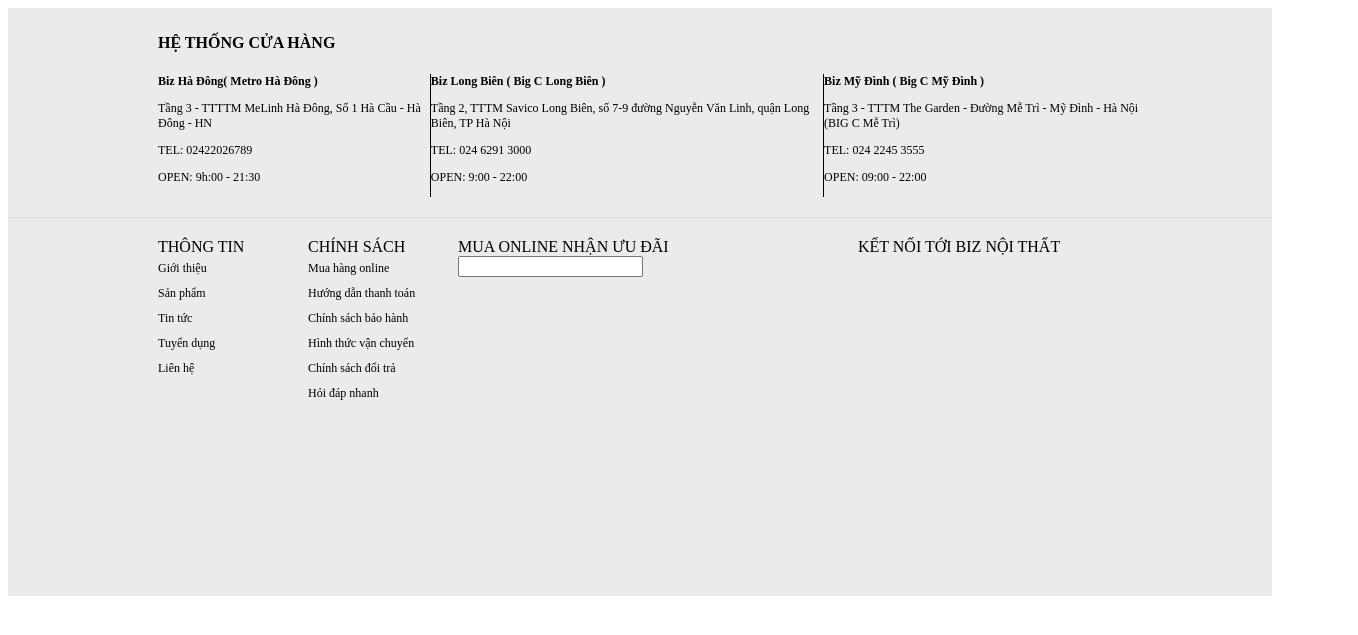
Repository: LongNguyen2504/T3H-FrondEnd
Page: lesson4_css_homework1.html
The author's editor kept a copy of each file at every save. The page is drawn from the files as they stood at one save, then again after the next save.
The browser window is 1280 px wide. The page is 1358 px wide, so the pictures cover 1358 px, including what lies to the right of the window. The pictures show the whole page.

Above is the page before, as saved 2021-12-04 21:36:24.

After the next save:
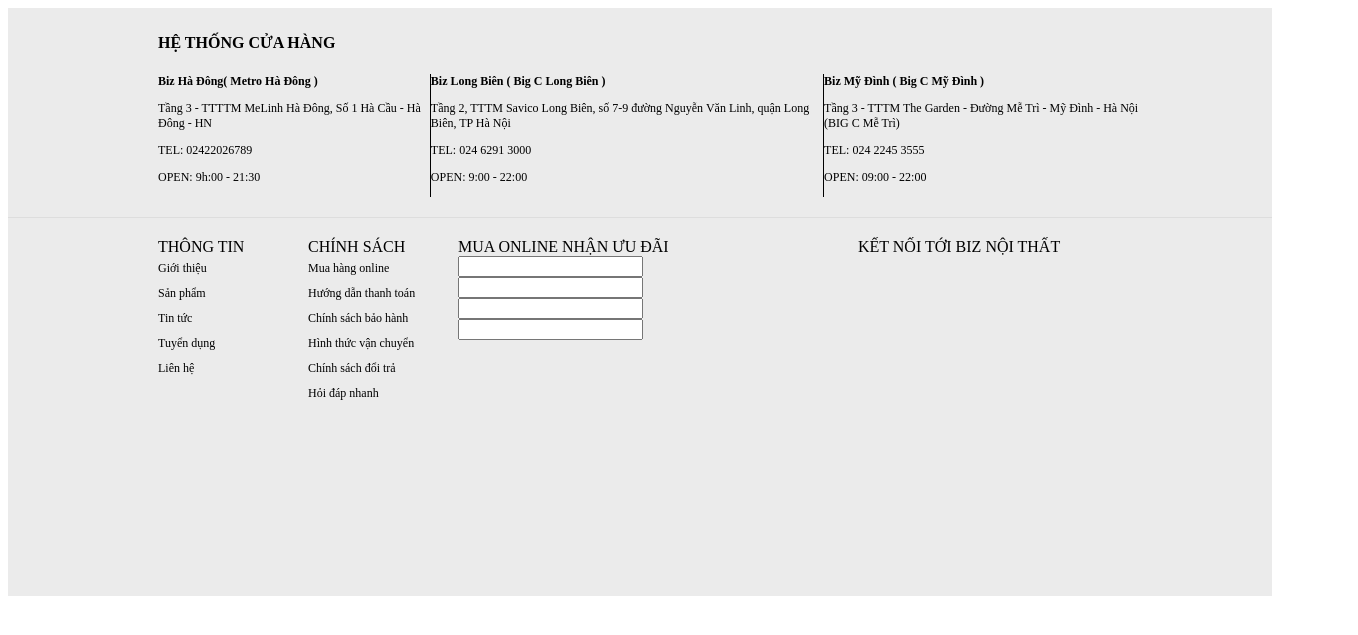
Saved 92 s later.
--- a/lesson4_css_homework1.html
+++ b/lesson4_css_homework1.html
@@ -57,9 +57,15 @@
                 <li>
                     <input type="text" name="fullname" id="name">
                 </li>
-                <li></li>
-                <li></li>
-                <li></li>
+                <li>
+                    <input type="number" name="phone" id="phone">
+                </li>
+                <li>
+                    <input type="text" name="email" id="email">
+                </li>
+                <li>
+                    <input type="text" name="special" id="special">
+                </li>
                 <li></li>
             </div>
             <div class="box7">
